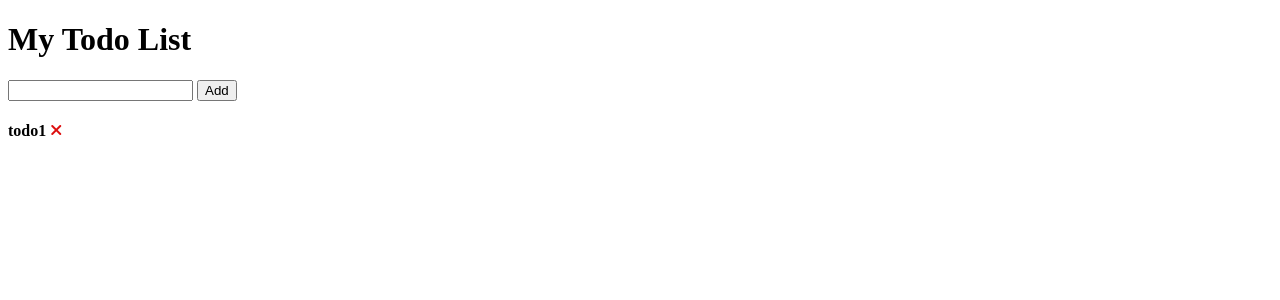
Repository: harshit-technocrat11/basic-DOM-projects
Page: 03-todo-list/index.html
The author's editor kept a copy of each file at every save. The page is drawn from the files as they stood at one save, then again after a run of saves.
The browser window is 1280 px wide. The pictures show the whole page.

Above is the page before, as saved 2025-09-07 19:20:41.

### 03-todo-list/index.html
<!DOCTYPE html>
<html lang="en">
<head>
    <meta charset="UTF-8">
    <meta name="viewport" content="width=device-width, initial-scale=1.0">
    <title>Todo list</title>
    <link rel="stylesheet" href="styles/style.css">
    <link rel="stylesheet" href="https://cdnjs.cloudflare.com/ajax/libs/font-awesome/6.5.2/css/all.min.css">
</head>
<body>

    <div class="root-container">
        <h1>My Todo List</h1>

        <div class="search-add">

            <form action="/" method="POST">
                <input type="text" id="user-input" >

                <button id="btn-add-todo">
                    Add
                </button>
            </form>
        </div>

        <div class="display-todos">
             <h4>todo1 <i class="fa-solid fa-xmark" style="color: #dd0e0e;"></i></h4>
        </div>

    </div>


    <script src="scripts/script.js"></script>
</body>
</html>

Loaded but not shown: 03-todo-list/scripts/script.js (no stored copy; drawn as an empty file); 03-todo-list/styles/style.css (no stored copy; drawn as an empty file)

After the next 4 saves:
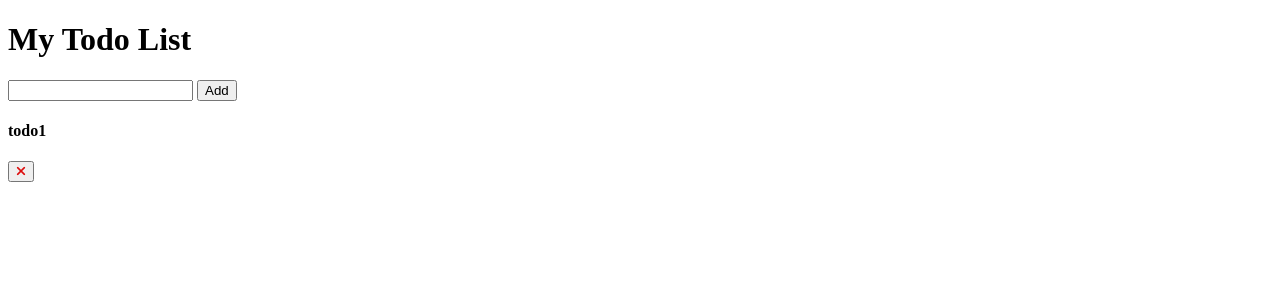
The 4 saves are shown as one change because they came seconds apart.
The last was saved 28 s later.
--- a/03-todo-list/index.html
+++ b/03-todo-list/index.html
@@ -24,7 +24,8 @@
         </div>
 
         <div class="display-todos">
-             <h4>todo1 <i class="fa-solid fa-xmark" style="color: #dd0e0e;"></i></h4>
+             <h4>todo1</h4>
+             <button><i class="fa-solid fa-xmark" style="color: #dd0e0e;"></i></button>
         </div>
 
     </div>
